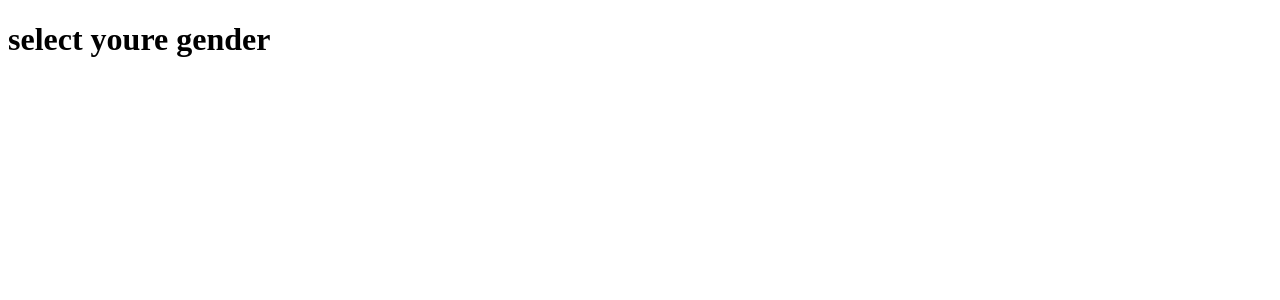
Repository: albinsabu2023/Stopwatch-program
Page: index.html
These files come from the project's save history. The page is drawn as it stood at one moment and after the next save; the edit follows.
The browser window is 1280 px wide. The pictures show the whole page.

Above is the page before, as saved 2023-03-03 09:45:14.
Console error: TypeError: Cannot set properties of null (setting 'onclick')

After the next save:
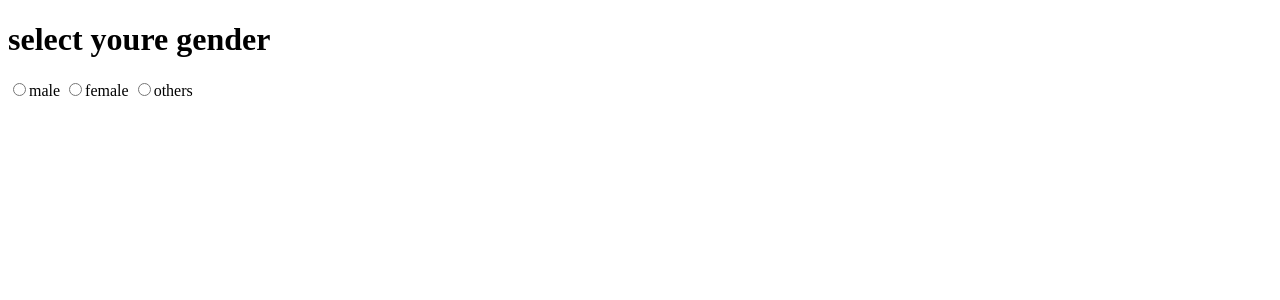
Saved 91 s later.
--- a/index.html
+++ b/index.html
@@ -8,7 +8,9 @@
     <title>Document</title>
 </head>
     <h1>select youre gender</h1>
-
+    <input type="radio" name="gender" id="male">male</input>
+    <input type="radio" name="gender" id="female">female</input>
+    <input type="radio" name="gender" id="others">others</input>
 
     <script src="index.js"></script>
 </body>
